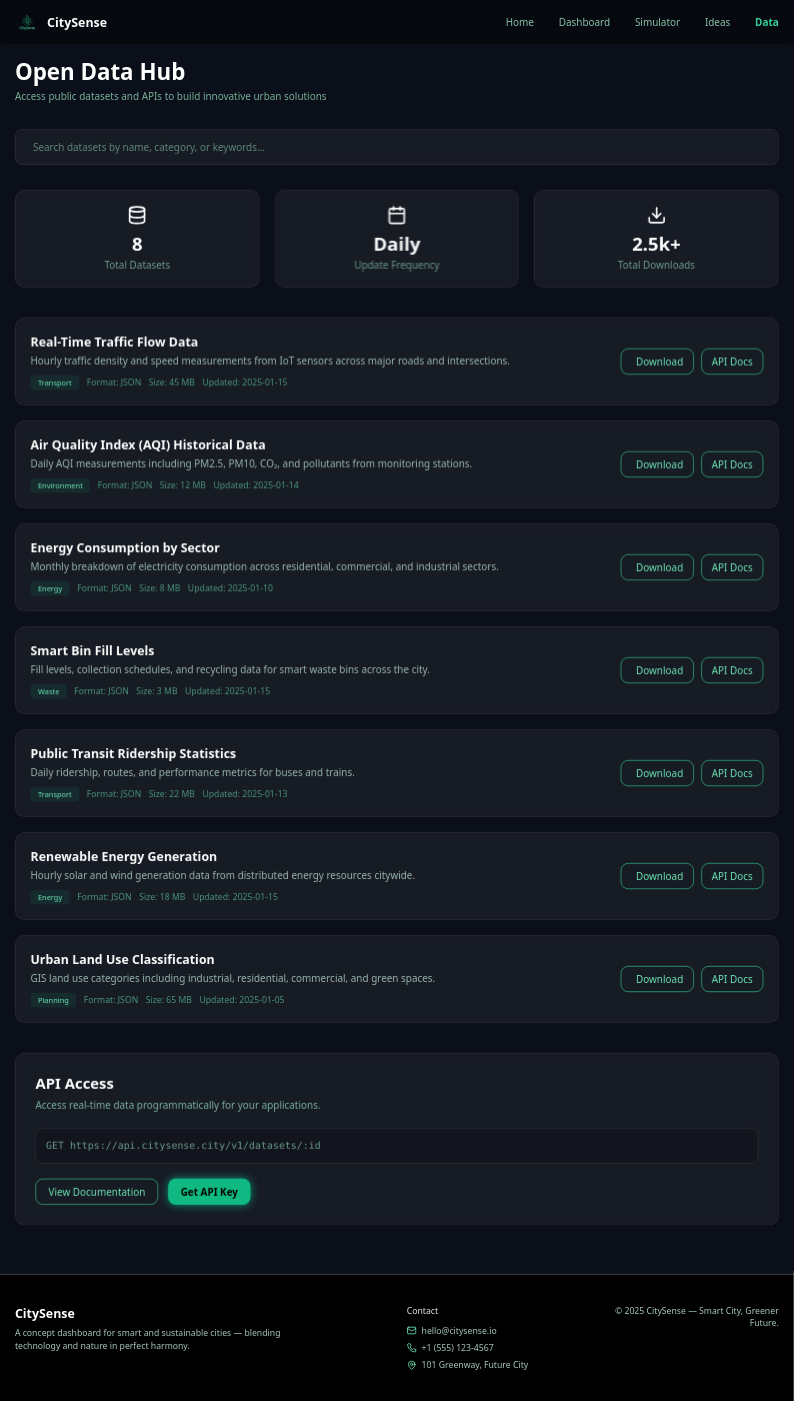
Repository: crashyet/CitySense
Page: /data
The author's editor kept a copy of each file at every save. The page is drawn from the files as they stood at one save, then again after the next save.
The browser window is 1280 px wide. The pictures show the whole page, at 62% of full size.
The project was rebuilt for these pictures with package versions that can differ from the ones it lists, and the page was loaded fresh each time. Also part of the build but not shown: vite.config.js, src/pages/landing/Hero.jsx, src/pages/landing/DashboardPreview.jsx, src/pages/landing/Infographic.jsx, src/pages/landing/Community.jsx, src/pages/landing/index.jsx, src/components/EnergyPieChart.jsx, src/components/TrafficCongestionChart.jsx and 4 more.

Above is the page before, as saved 2025-11-18 15:28:27.

### src/App.jsx
import { Routes, Route } from "react-router-dom";

import Landing from "./pages/landing";
import Dashboard from "./pages/Dashboardpack";
import Simulator from "./pages/Simulator";
import Ideas from "./pages/Ideas";
import DataPage from "./pages/Data";

export default function App() {
  return (
    <Routes>
      <Route path="/" element={<Landing />} />
      <Route path="/dashboard" element={<Dashboard />} />
      <Route path="/simulator" element={<Simulator />} />
      <Route path="/ideas" element={<Ideas />} />
      <Route path="/data" element={<DataPage />} />
    </Routes>
  );
}

### src/pages/Data/index.jsx
import Navbar from "../../components/Navbar";
import Footer from "../../components/Footer";

export default function DataPage() {
  return (
    <>
      <Navbar />

      {/* FULL PAGE BACKGROUND */}
      <div className="min-h-screen w-full bg-[#0b0f19] pt-24 pb-20">
        <div className="max-w-7xl mx-auto px-6 text-white">

          {/* TITLE */}
          <h1 className="text-4xl font-bold">Open Data Hub</h1>
          <p className="text-emerald-200/70 mt-2">
            Access public datasets and APIs to build innovative urban solutions
          </p>

          {/* SEARCH BAR */}
          <div className="mt-10 bg-white/5 border border-white/10 p-4 rounded-xl backdrop-blur">
            <div className="flex items-center gap-3 text-emerald-300">
              <i className="ri-search-line text-xl"></i>
              <input
                type="text"
                className="bg-transparent w-full text-white placeholder-emerald-200/50 focus:outline-none"
                placeholder="Search datasets by name, category, or keywords..."
              />
            </div>
          </div>

          {/* STATS */}
          <div className="grid md:grid-cols-3 gap-6 mt-10">
            <div className="p-6 bg-white/5 border border-white/10 backdrop-blur rounded-2xl text-center">
              <i className="ri-database-2-line text-4xl text-emerald-400"></i><svg xmlns="http://www.w3.org/2000/svg" width="24" height="24" viewBox="0 0 24 24" fill="none" stroke="currentColor" stroke-width="2" stroke-linecap="round" stroke-linejoin="round" class="lucide lucide-database h-8 w-8 text-secondary mx-auto mb-2"><ellipse cx="12" cy="5" rx="9" ry="3"></ellipse><path d="M3 5V19A9 3 0 0 0 21 19V5"></path><path d="M3 12A9 3 0 0 0 21 12"></path></svg>
              <h3 className="mt-3 text-3xl font-bold">8</h3>
              <p className="text-emerald-200/60 mt-1">Total Datasets</p>
            </div>

            <div className="p-6 bg-white/5 border border-white/10 backdrop-blur rounded-2xl text-center">
              <i className="ri-calendar-check-line text-4xl text-emerald-400"></i><svg xmlns="http://www.w3.org/2000/svg" width="24" height="24" viewBox="0 0 24 24" fill="none" stroke="currentColor" stroke-width="2" stroke-linecap="round" stroke-linejoin="round" class="lucide lucide-calendar h-8 w-8 text-accent mx-auto mb-2"><path d="M8 2v4"></path><path d="M16 2v4"></path><rect width="18" height="18" x="3" y="4" rx="2"></rect><path d="M3 10h18"></path></svg>
              <h3 className="mt-3 text-3xl font-bold">Daily</h3>
              <p className="text-emerald-200/60 mt-1">Update Frequency</p>
            </div>

            <div className="p-6 bg-white/5 border border-white/10 backdrop-blur rounded-2xl text-center">
              <i className="ri-download-cloud-line text-4xl text-emerald-400"></i><svg xmlns="http://www.w3.org/2000/svg" width="24" height="24" viewBox="0 0 24 24" fill="none" stroke="currentColor" stroke-width="2" stroke-linecap="round" stroke-linejoin="round" class="lucide lucide-download h-8 w-8 text-secondary mx-auto mb-2"><path d="M21 15v4a2 2 0 0 1-2 2H5a2 2 0 0 1-2-2v-4"></path><polyline points="7 10 12 15 17 10"></polyline><line x1="12" x2="12" y1="15" y2="3"></line></svg>
              <h3 className="mt-3 text-3xl font-bold">2.5k+</h3>
              <p className="text-emerald-200/60 mt-1">Total Downloads</p>
            </div>
          </div>

          {/* DATASET LIST */}
          <div className="flex flex-col gap-6 mt-12">

            {[
              {
                title: "Real-Time Traffic Flow Data",
                desc: "Hourly traffic density and speed measurements from IoT sensors across major roads and intersections.",
                tag: "Transport",
                size: "45 MB",
                date: "2025-01-15"
              },
              {
                title: "Air Quality Index (AQI) Historical Data",
                desc: "Daily AQI measurements including PM2.5, PM10, CO₂, and pollutants from monitoring stations.",
                tag: "Environment",
                size: "12 MB",
                date: "2025-01-14"
              },
              {
                title: "Energy Consumption by Sector",
                desc: "Monthly breakdown of electricity consumption across residential, commercial, and industrial sectors.",
                tag: "Energy",
                size: "8 MB",
                date: "2025-01-10"
              },
              {
                title: "Smart Bin Fill Levels",
                desc: "Fill levels, collection schedules, and recycling data for smart waste bins across the city.",
                tag: "Waste",
                size: "3 MB",
                date: "2025-01-15"
              },
              {
                title: "Public Transit Ridership Statistics",
                desc: "Daily ridership, routes, and performance metrics for buses and trains.",
                tag: "Transport",
                size: "22 MB",
                date: "2025-01-13"
              },
              {
                title: "Renewable Energy Generation",
                desc: "Hourly solar and wind generation data from distributed energy resources citywide.",
                tag: "Energy",
                size: "18 MB",
                date: "2025-01-15"
              },
              {
                title: "Urban Land Use Classification",
                desc: "GIS land use categories including industrial, residential, commercial, and green spaces.",
                tag: "Planning",
                size: "65 MB",
                date: "2025-01-05"
              }
            ].map((item, idx) => (
              <div
                key={idx}
                className="p-6 bg-white/5 border border-white/10 rounded-2xl backdrop-blur"
              >
                <div className="flex flex-col md:flex-row md:items-center justify-between gap-5">

                  {/* LEFT */}
                  <div>
                    <h2 className="text-xl font-semibold">{item.title}</h2>
                    <p className="text-emerald-100/70 mt-1">{item.desc}</p>

                    <div className="flex flex-wrap items-center gap-3 mt-3">
                      <span className="px-3 py-1 rounded-md bg-emerald-500/10 text-emerald-300 text-xs">
                        {item.tag}
                      </span>
                      <span className="text-emerald-300/60 text-sm">Format: JSON</span>
                      <span className="text-emerald-300/60 text-sm">Size: {item.size}</span>
                      <span className="text-emerald-300/60 text-sm">Updated: {item.date}</span>
                    </div>
                  </div>

                  {/* RIGHT BUTTONS */}
                  <div className="flex gap-3">
                    <button className="px-4 py-2 rounded-xl border border-emerald-400 text-emerald-300 hover:bg-emerald-400/10 transition flex items-center gap-2">
                      <i className="ri-download-line"></i>
                      Download
                    </button>

                    <button className="px-4 py-2 rounded-xl border border-emerald-400 text-emerald-300 hover:bg-emerald-400/10 transition">
                      API Docs
                    </button>
                  </div>
                </div>
              </div>
            ))}
          </div>

          {/* API ACCESS */}
          <div className="p-8 mt-12 bg-white/5 border border-white/10 backdrop-blur rounded-2xl">
            <h2 className="text-2xl font-semibold">API Access</h2>
            <p className="text-emerald-200/70 mt-2">
              Access real-time data programmatically for your applications.
            </p>

            <div className="mt-6 p-4 bg-black/20 border border-white/10 rounded-xl text-emerald-200/60 font-mono">
              GET https://api.citysense.city/v1/datasets/:id
            </div>

            <div className="flex gap-4 mt-6">
              <button className="px-5 py-2 rounded-xl border border-emerald-400 text-emerald-300 hover:bg-emerald-400/10 transition">
                View Documentation
              </button>

              <button className="px-5 py-2 rounded-xl bg-emerald-500 text-black font-semibold shadow-[0_0_15px_#00ffcc80] hover:bg-emerald-400 transition">
                Get API Key
              </button>
            </div>
          </div>

        </div>
      </div>

      <Footer />
    </>
  );
}

### src/components/Navbar.jsx
import { NavLink } from "react-router-dom";
import { useState } from "react";
import Logo from "../assets/logo.png"; // sesuaikan path logo

export default function Navbar() {
  const [open, setOpen] = useState(false);

  const linkClass = ({ isActive }) =>
    isActive
      ? "text-emerald-400 font-semibold"
      : "text-emerald-200/80 hover:text-white";

  return (
    <header className="fixed w-full z-50 bg-black/40 backdrop-blur-xl border-b border-emerald-400/20 px-6 py-4">
      <div className="max-w-7xl mx-auto flex justify-between items-center">

        {/* LOGO */}
        <NavLink to="/" className="flex items-center gap-3">
          <img src={Logo} className="w-10 h-10" />
          <span className="text-xl text-white font-semibold">CitySense</span>
        </NavLink>

        {/* DESKTOP NAV */}
        <nav className="hidden md:flex gap-10">
          <NavLink to="/" className={linkClass}>Home</NavLink>
          <NavLink to="/dashboard" className={linkClass}>Dashboard</NavLink>
          <NavLink to="/simulator" className={linkClass}>Simulator</NavLink>
          <NavLink to="/ideas" className={linkClass}>Ideas</NavLink>
          <NavLink to="/data" className={linkClass}>Data</NavLink>
        </nav>

        {/* MOBILE BUTTON */}
        <button className="md:hidden text-white" onClick={() => setOpen(!open)}>
          {open ? "✖" : "☰"}
        </button>
      </div>

      {/* MOBILE NAV */}
      {open && (
        <div className="md:hidden bg-black/60 backdrop-blur-lg px-6 pb-4 flex flex-col gap-3">
          <NavLink onClick={() => setOpen(false)} to="/" className="text-white">Home</NavLink>
          <NavLink onClick={() => setOpen(false)} to="/dashboard" className="text-white">Dashboard</NavLink>
          <NavLink onClick={() => setOpen(false)} to="/simulator" className="text-white">Simulator</NavLink>
          <NavLink onClick={() => setOpen(false)} to="/ideas" className="text-white">Ideas</NavLink>
          <NavLink onClick={() => setOpen(false)} to="/data" className="text-white">Data</NavLink>
        </div>
      )}
    </header>
  );
}

### src/components/Footer.jsx
import React from "react";

const Footer = () => {
  return (
    <footer id="contact" className="relative w-full bg-black text-white">
      <div className="mx-auto max-w-7xl px-6 py-12">

        <div className="grid grid-cols-1 gap-8 md:grid-cols-4">

          {/* Brand */}
          <div className="col-span-2">
            <h4 className="text-xl font-semibold">CitySense</h4>
            <p className="mt-2 max-w-md text-sm text-emerald-100/80">
              A concept dashboard for smart and sustainable cities — blending
              technology and nature in perfect harmony.
            </p>
          </div>

          {/* Contact */}
          <div>
            <p className="text-sm font-medium text-white/90">Contact</p>
            <ul className="mt-3 space-y-2 text-sm text-emerald-100/80">

              <li className="flex items-center gap-2">
                <svg xmlns="http://www.w3.org/2000/svg" width="24" height="24"
                  viewBox="0 0 24 24" fill="none" stroke="currentColor"
                  strokeWidth="2" strokeLinecap="round" strokeLinejoin="round"
                  className="lucide lucide-mail h-4 w-4 text-emerald-300">
                  <rect width="20" height="16" x="2" y="4" rx="2"></rect>
                  <path d="m22 7-8.97 5.7a1.94 1.94 0 0 1-2.06
                    0L2 7"></path>
                </svg>
                hello@citysense.io
              </li>

              <li className="flex items-center gap-2">
                <svg xmlns="http://www.w3.org/2000/svg" width="24" height="24"
                  viewBox="0 0 24 24" fill="none" stroke="currentColor"
                  strokeWidth="2" strokeLinecap="round" strokeLinejoin="round"
                  className="lucide lucide-phone h-4 w-4 text-emerald-300">
                  <path d="M22 16.92v3a2 2 0 0 1-2.18
                    2 19.79 19.79 0 0 1-8.63-3.07 19.5
                    19.5 0 0 1-6-6 19.79 19.79 0 0
                    1-3.07-8.67A2 2 0 0 1 4.11 2h3a2
                    2 0 0 1 2 1.72 12.84 12.84 0 0
                    0 .7 2.81 2 2 0 0 1-.45
                    2.11L8.09 9.91a16 16 0 0 0 6
                    6l1.27-1.27a2 2 0 0 1 2.11-.45
                    12.84 12.84 0 0 0 2.81.7A2
                    2 0 0 1 22 16.92z"></path>
                </svg>
                +1 (555) 123-4567
              </li>

              <li className="flex items-center gap-2">
                <svg xmlns="http://www.w3.org/2000/svg" width="24" height="24"
                  viewBox="0 0 24 24" fill="none" stroke="currentColor"
                  strokeWidth="2" strokeLinecap="round" strokeLinejoin="round"
                  className="lucide lucide-map-pin h-4 w-4 text-emerald-300">
                  <path d="M20 10c0 6-8 12-8
                    12s-8-6-8-12a8 8 0 0 1
                    16 0Z"></path>
                  <circle cx="12" cy="10" r="3"></circle>
                </svg>
                101 Greenway, Future City
              </li>

            </ul>
          </div>

          {/* Copyright */}
          <div className="md:text-right">
            <p className="text-sm text-emerald-100/80">
              © 2025 CitySense — Smart City, Greener Future.
            </p>
          </div>

        </div>
      </div>
    </footer>
  );
};

export default Footer;

Loaded but not shown: index.html (common file); src/main.jsx (common file); src/index.css (common file); tailwind.config.js (common file)

After the next save:
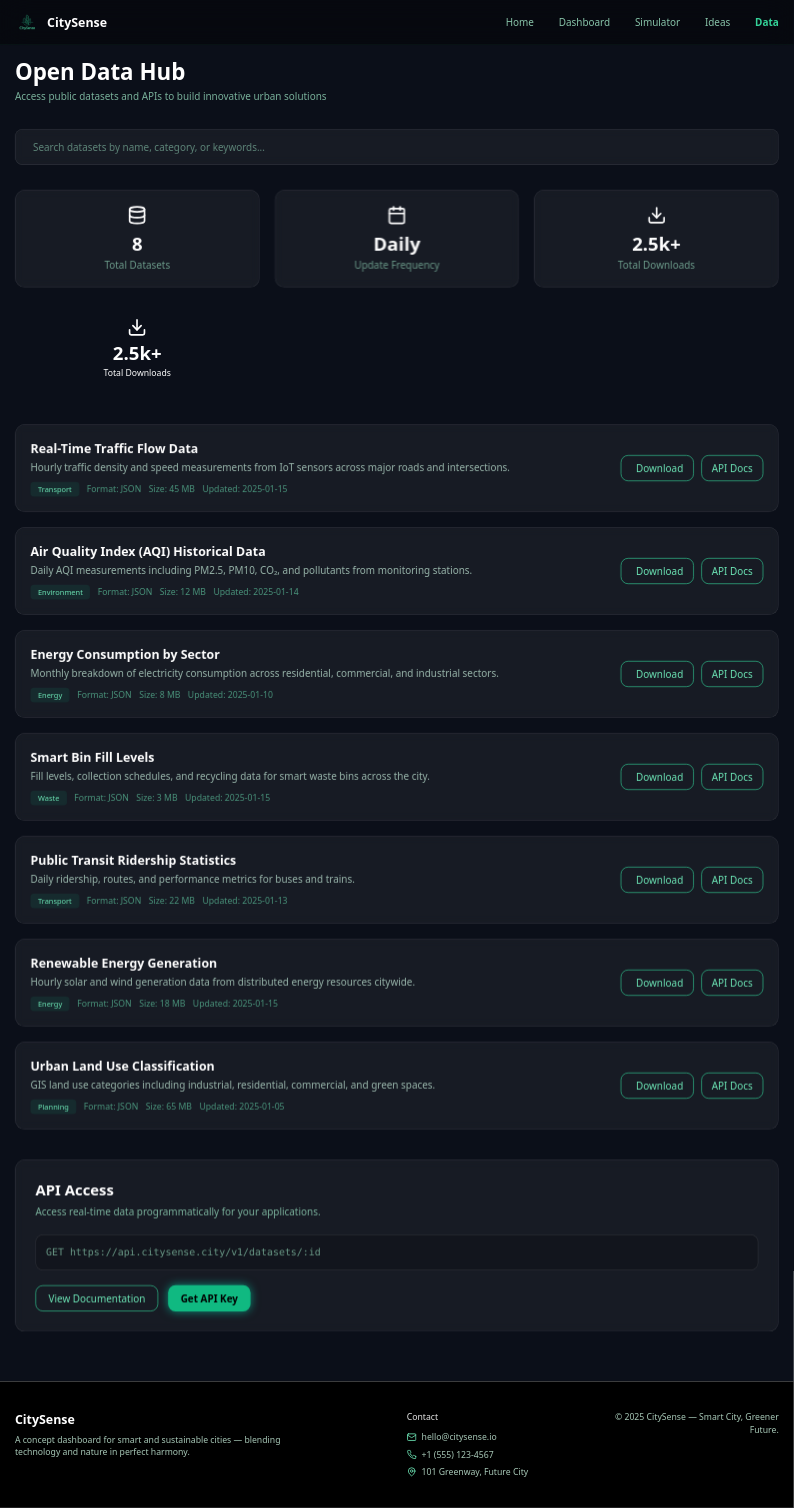
Saved 34 s later.
--- a/src/pages/Data/index.jsx
+++ b/src/pages/Data/index.jsx
@@ -47,6 +47,7 @@
               <h3 className="mt-3 text-3xl font-bold">2.5k+</h3>
               <p className="text-emerald-200/60 mt-1">Total Downloads</p>
             </div>
+            <div class="p-6 text-center"><svg xmlns="http://www.w3.org/2000/svg" width="24" height="24" viewBox="0 0 24 24" fill="none" stroke="currentColor" stroke-width="2" stroke-linecap="round" stroke-linejoin="round" class="lucide lucide-download h-8 w-8 text-secondary mx-auto mb-2"><path d="M21 15v4a2 2 0 0 1-2 2H5a2 2 0 0 1-2-2v-4"></path><polyline points="7 10 12 15 17 10"></polyline><line x1="12" x2="12" y1="15" y2="3"></line></svg><p class="text-3xl font-bold mb-1">2.5k+</p><p class="text-sm text-muted-foreground">Total Downloads</p></div>
           </div>
 
           {/* DATASET LIST */}

After the 3 saves that followed:
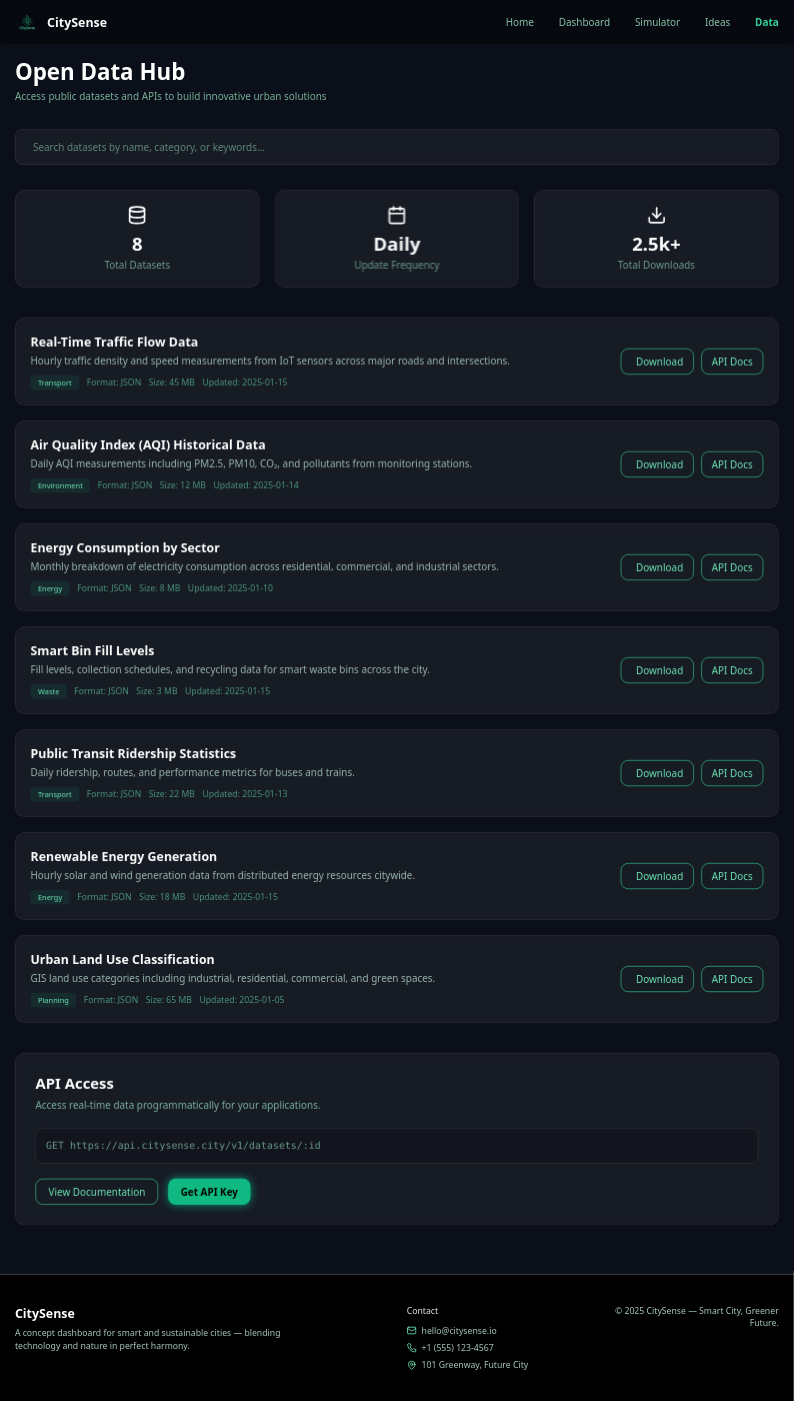
The 3 saves are shown as one change because 1 did not build or start and some came seconds apart.
The last was saved 64 s later.
--- a/src/pages/Data/index.jsx
+++ b/src/pages/Data/index.jsx
@@ -47,7 +47,7 @@
               <h3 className="mt-3 text-3xl font-bold">2.5k+</h3>
               <p className="text-emerald-200/60 mt-1">Total Downloads</p>
             </div>
-            <div class="p-6 text-center"><svg xmlns="http://www.w3.org/2000/svg" width="24" height="24" viewBox="0 0 24 24" fill="none" stroke="currentColor" stroke-width="2" stroke-linecap="round" stroke-linejoin="round" class="lucide lucide-download h-8 w-8 text-secondary mx-auto mb-2"><path d="M21 15v4a2 2 0 0 1-2 2H5a2 2 0 0 1-2-2v-4"></path><polyline points="7 10 12 15 17 10"></polyline><line x1="12" x2="12" y1="15" y2="3"></line></svg><p class="text-3xl font-bold mb-1">2.5k+</p><p class="text-sm text-muted-foreground">Total Downloads</p></div>
+
           </div>
 
           {/* DATASET LIST */}
